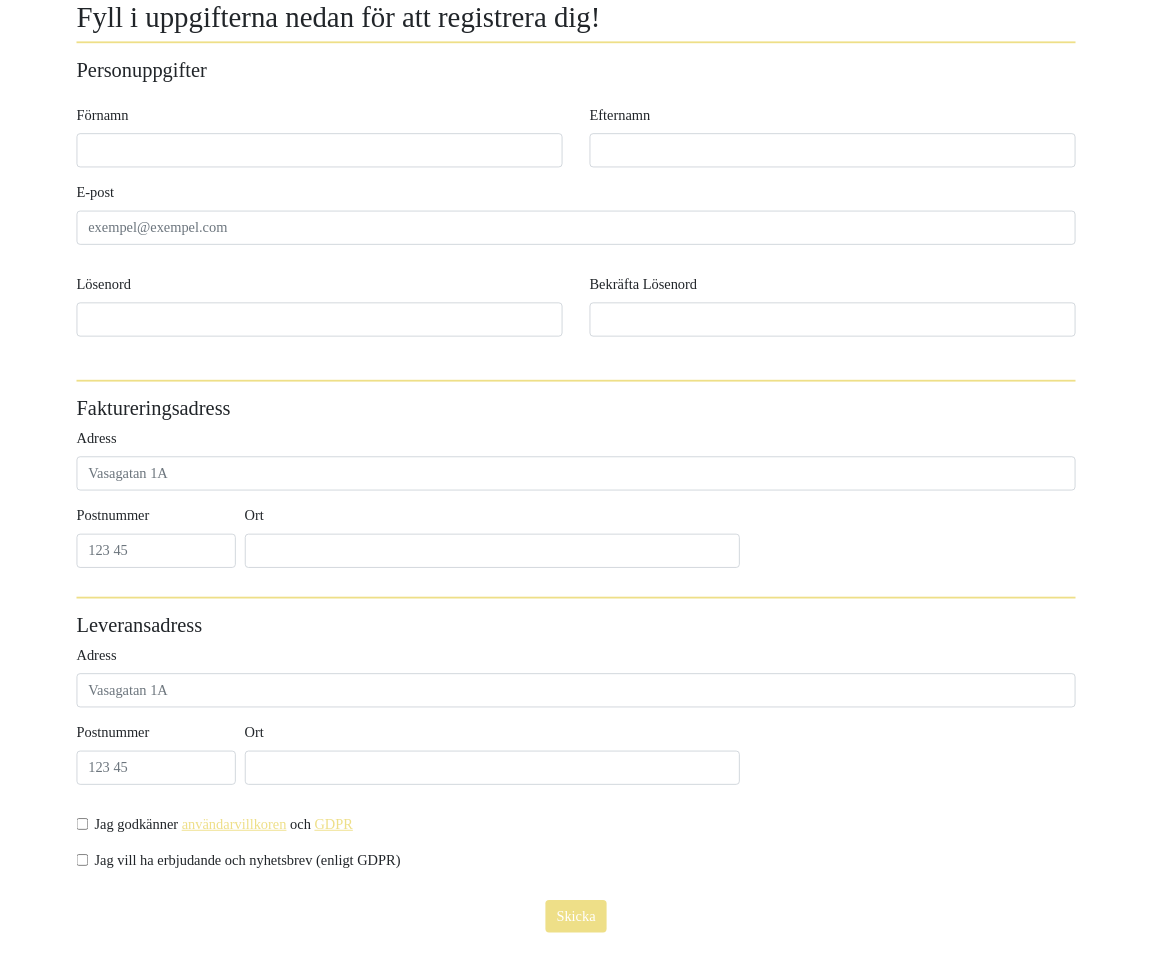
Repository: skepp4rn/Liamsuppgift3
Page: index.html
An editor plug-in stored every save of this project. The page is shown before and after the next save, followed by the edit.
The browser window is 1280 px wide. The pictures show the whole page, at 90% of full size.
Some web libraries are served in a nearby version.

Above is the page before, as saved 2020-12-06 13:08:58.
Console error (its wording comes from the project's code and is left out).

After the next save:
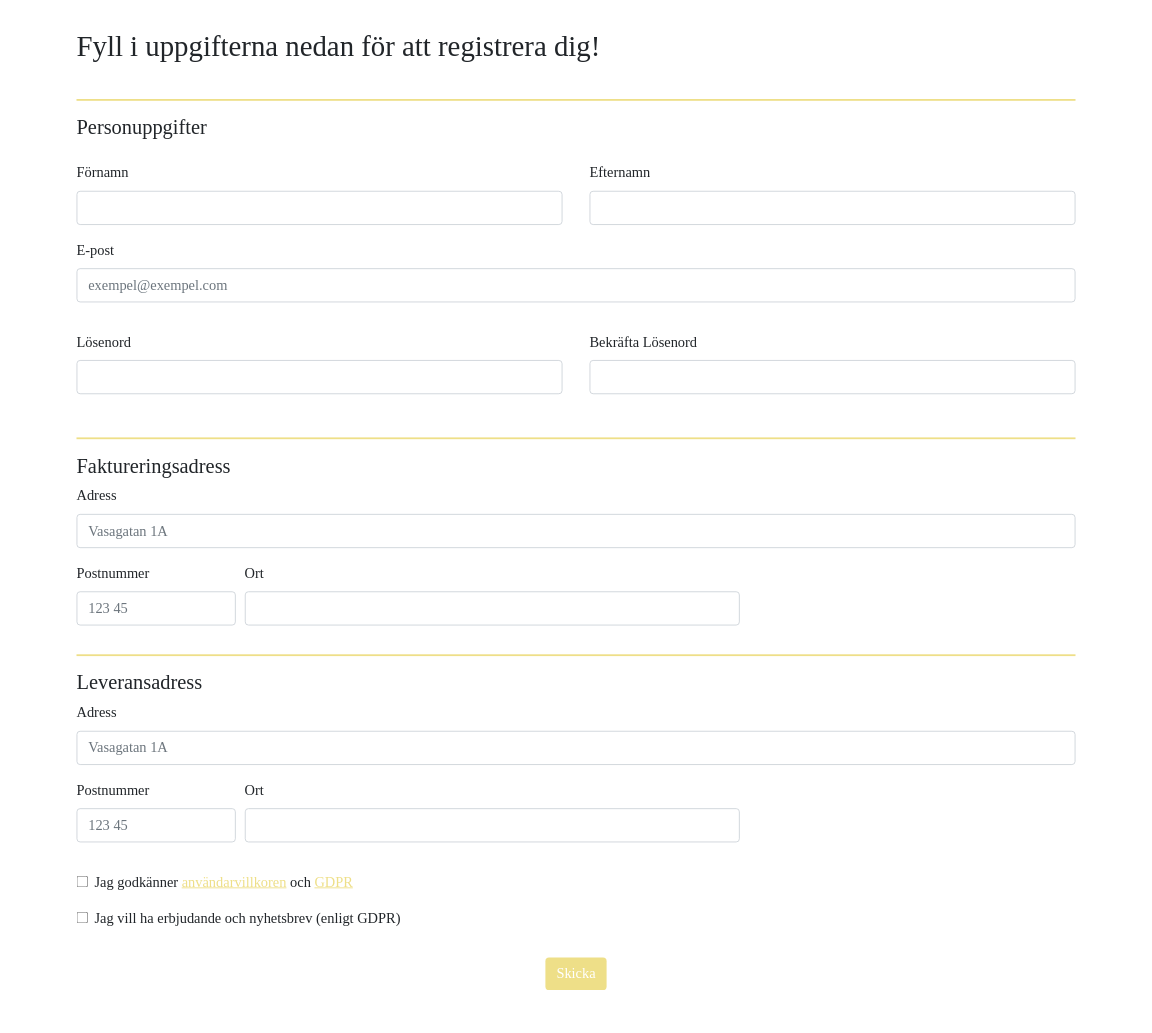
Saved 19 s later.
--- a/css/style.css
+++ b/css/style.css
@@ -7,7 +7,7 @@
 .whitespace{height:3rem}
 @media (min-width: 758px){.row{display:grid;grid-template-rows:1fr;grid-template-columns:1fr 1fr}
 .tillbaka{width:10vw;height:6vw !important;font-size:20pt}
-.centrerade{grid-template-rows:15fr 1fr !important;padding-top:2rem;padding-bottom:2rem}
+.formReg1{grid-template-rows:15fr 1fr !important;padding-top:2rem;padding-bottom:2rem}}
 @media (min-width: 1900px){.container{width:100vw !important}
 .tacktack{width:50vw;margin:auto;height:20vw}.tillbaka{width:12vw !important;height:2.5vw !important;font-size:20pt}
 .centrerade{grid-template-rows:15fr 1fr !important;padding-top:2rem;padding-bottom:2rem}}

After the save that followed:
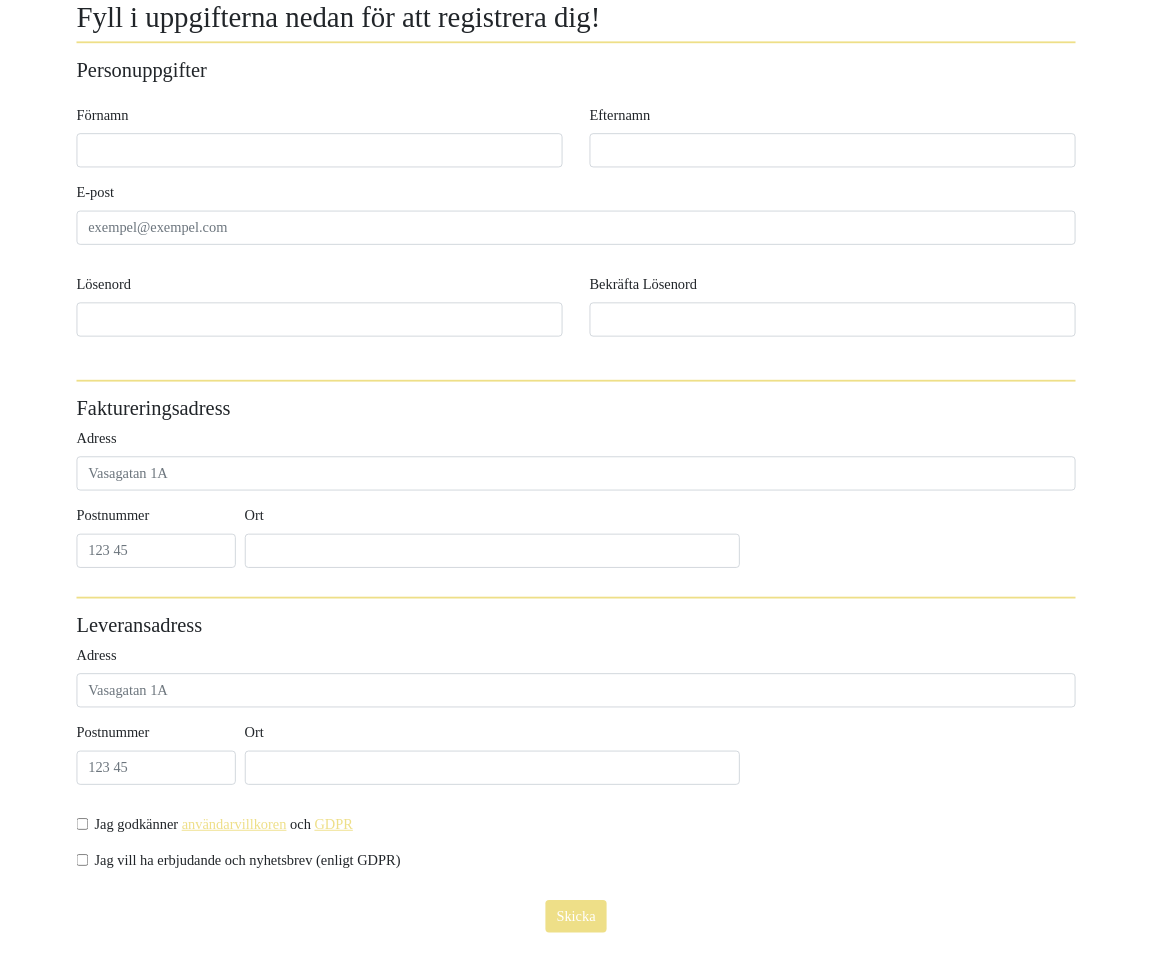
Saved 21 s later.
--- a/css/style.css
+++ b/css/style.css
@@ -7,7 +7,9 @@
 .whitespace{height:3rem}
 @media (min-width: 758px){.row{display:grid;grid-template-rows:1fr;grid-template-columns:1fr 1fr}
 .tillbaka{width:10vw;height:6vw !important;font-size:20pt}
-.formReg1{grid-template-rows:15fr 1fr !important;padding-top:2rem;padding-bottom:2rem}}
+.centrerade{grid-template-rows:15fr 1fr !important;padding-top:2rem;padding-bottom:2rem}
+.tacktack{width:70vw;margin:auto;height:40vw}
+.tackruta{text-align:center;padding:2rem}}
 @media (min-width: 1900px){.container{width:100vw !important}
 .tacktack{width:50vw;margin:auto;height:20vw}.tillbaka{width:12vw !important;height:2.5vw !important;font-size:20pt}
 .centrerade{grid-template-rows:15fr 1fr !important;padding-top:2rem;padding-bottom:2rem}}
